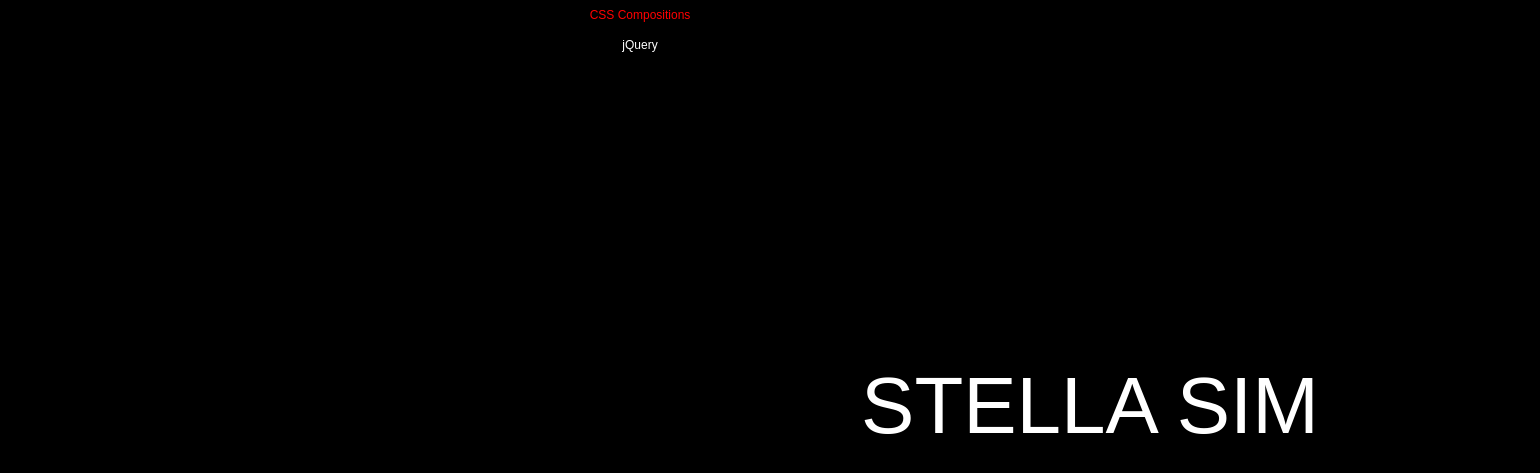
Repository: simj959/simj959.github.io
Page: index.html
The author's editor kept a record of every edit. The page is drawn from the files as they stood at one moment, then again after the next edit.
The browser window is 1280 px wide. The page is 1540 px wide, so the pictures cover 1540 px, including what lies to the right of the window. The pictures show the whole page.
The pointer rests on the first visible `a`.

Above is the page before.

After the next edit:
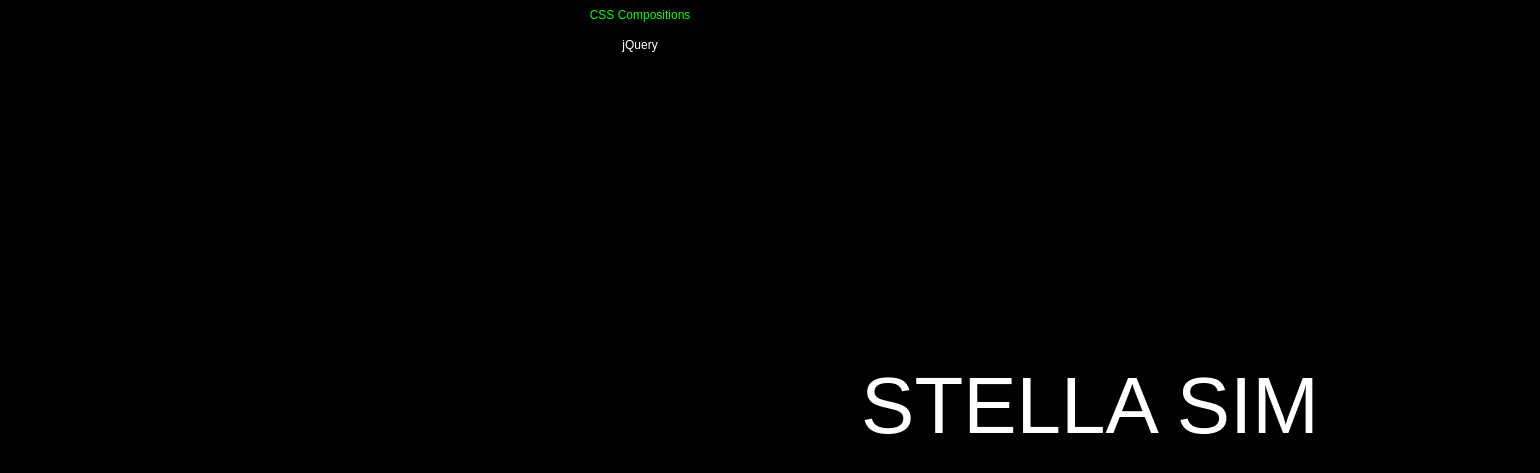
The edit:
--- a/style.css
+++ b/style.css
@@ -3,7 +3,7 @@
 a:link    {color:white; text-decoration:none;}
 a:visited {color:#ffffff; text-decoration:none;}
 a:active  {color:#ffffff; text-decoration:none;}
-a:hover   {color:red; text-decoration:none;}
+a:hover   {color:lime; text-decoration:none;}
 
 body{
     margin: 0;
